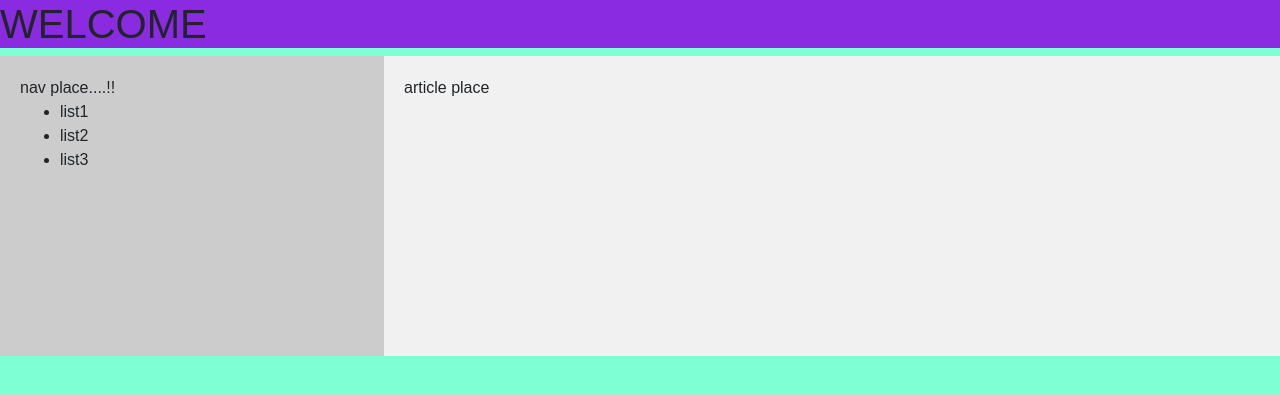
Repository: idrice24/IDRICE24-DASHBOARD
Page: html/header.html
These files come from the project's save history. The page is drawn as it stood at one moment and after the next save; the edit follows.
The browser window is 1280 px wide. The pictures show the whole page.

Above is the page before, as saved 2020-09-03 22:56:29.

### html/header.html
<!DOCTYPE html>
<html lang="en">

<head>
    <meta charset="UTF-8">
    <meta name="viewport" content="width=device-width, initial-scale=1.0">
    <meta http-equiv="X-UA-Compatible" content="ie=edge">
    <title>Document</title>
    <link rel="stylesheet" href="../vendor/bootstrap-4.1/bootstrap.min.css">
    <link rel="stylesheet" href="../vendor/font-awesome-4.7/css/font-awesome.min.css">
    <link rel="stylesheet" href="../vendor/idrice24folder/idrice24.css">
</head>

<body>
    <h1>WELCOME</h1>
    <section>
        <nav>nav place....!!
            <ul>
                <li>list1</li>
                <li>list2</li>
                <li>list3</li>
            </ul>
        </nav>
        <article>article place</article>
    </section>

</body>

</html>

### vendor/idrice24folder/idrice24.css
body {
    background-color: aquamarine;
}

* {
    box-sizing: border-box;
}

body {
    font-family: Arial, Helvetica, sans-serif;
}

h1,
h2,
h3 {
    background-color: blueviolet;
}

header {
    background-color: #666;
    padding: 30px;
    text-align: center;
    font-size: 35px;
    color: white;
}


/* Clear floats after the columns */

section:after {
    content: "";
    display: table;
    clear: both;
}

article {
    float: left;
    padding: 20px;
    width: 70%;
    background-color: #f1f1f1;
    height: 300px;
    /* only for demonstration, should be removed */
}


/* Create two columns/boxes that floats next to each other */

nav {
    float: left;
    width: 30%;
    height: 300px;
    /* only for demonstration, should be removed */
    background: #ccc;
    padding: 20px;
}

Loaded but not shown: vendor/bootstrap-4.1/bootstrap.min.css (library); vendor/font-awesome-4.7/css/font-awesome.min.css (library)

After the next save:
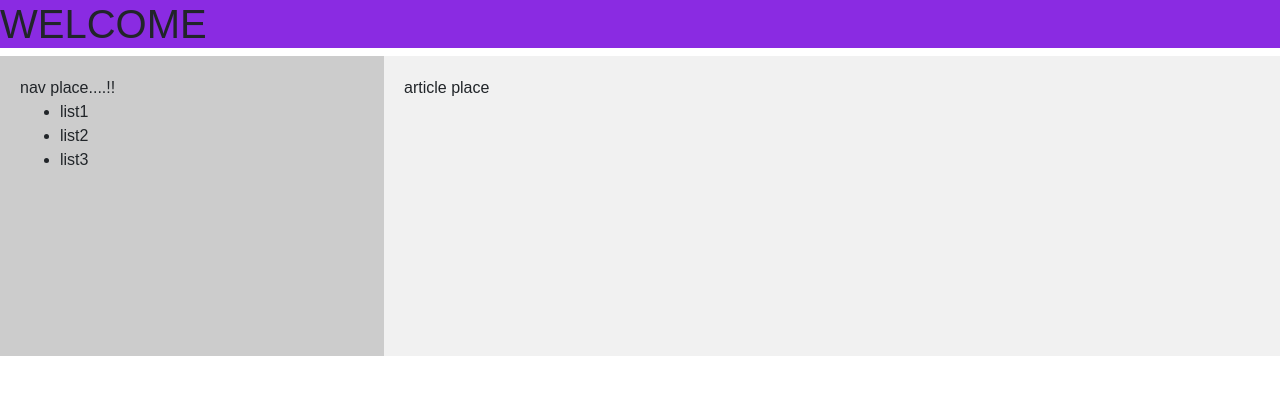
Saved 8 s later.
--- a/vendor/idrice24folder/idrice24.css
+++ b/vendor/idrice24folder/idrice24.css
@@ -1,7 +1,3 @@
-body {
-    background-color: aquamarine;
-}
-
 * {
     box-sizing: border-box;
 }
